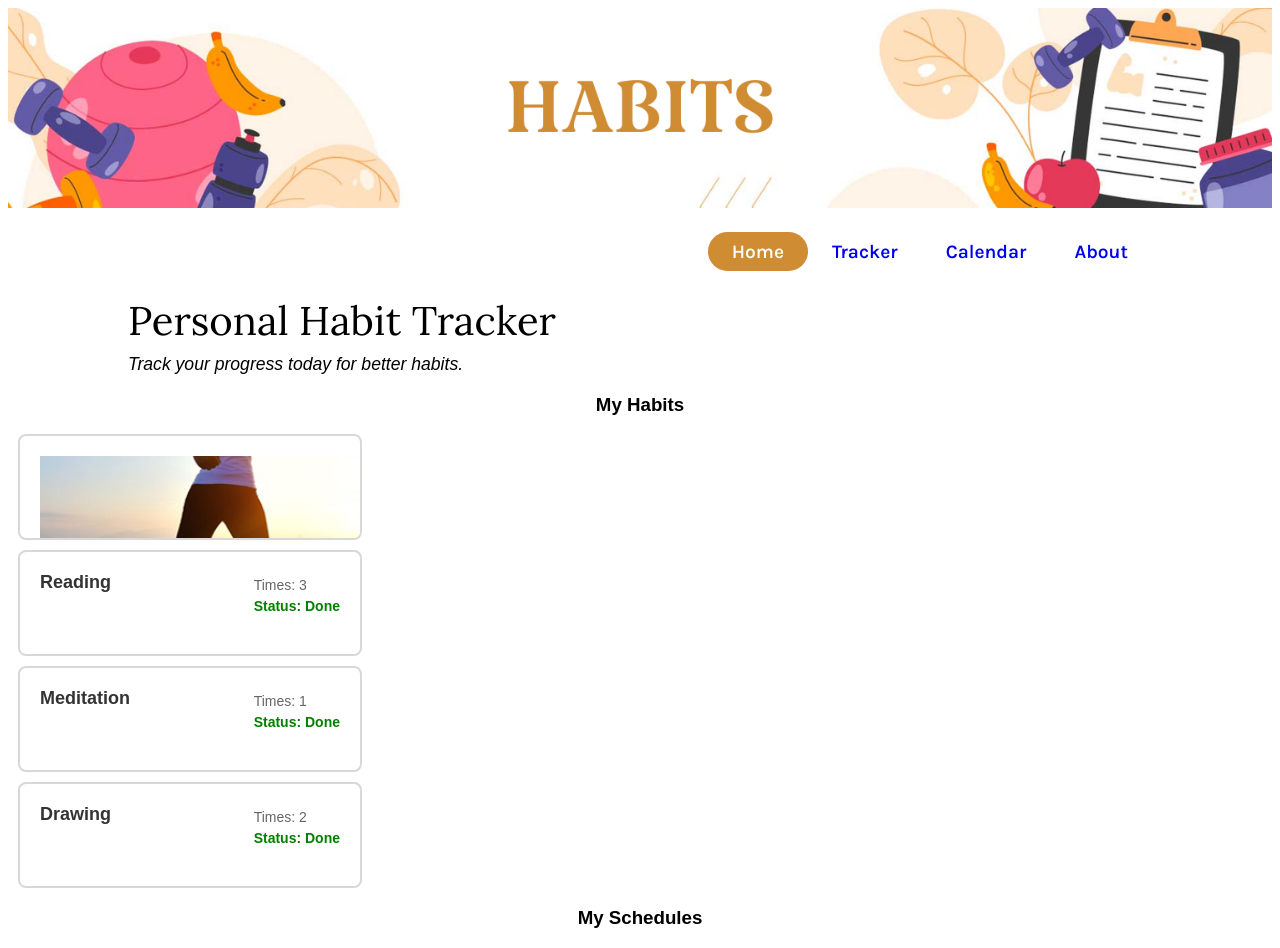
Repository: SandyLy453/habit-tracker
Page: http://localhost/
These files come from the project's save history. The page is drawn as it stood at one moment and after the next save; the edit follows.
The browser window is 1280 px wide. The pictures show the whole page.
The page is served by the project's Node server (server.js).

Above is the page before, as saved 2025-03-14 19:25:42.

### views/pages/home.ejs
<!DOCTYPE html>
<html lang="en">
<head>
    <meta charset="UTF-8">
    <meta name="viewport" content="width=device-width, initial-scale=1.0">
    <link rel="stylesheet" href="/styles.css">

    <!-- Fonts -->
    <link rel="preconnect" href="https://fonts.googleapis.com">
    <link rel="preconnect" href="https://fonts.gstatic.com" crossorigin>
    <link href="https://fonts.googleapis.com/css2?family=Karla:ital,wght@0,200..800;1,200..800&family=Roboto:ital,wght@0,100..900;1,100..900&display=swap" rel="stylesheet">

    <link rel="preconnect" href="https://fonts.googleapis.com">
    <link rel="preconnect" href="https://fonts.gstatic.com" crossorigin>
    <link href="https://fonts.googleapis.com/css2?family=Lora:ital,wght@0,400..700;1,400..700&display=swap" rel="stylesheet">
</head>
<body>
    <%- include('../partials/header', { activePage: 'home' }) %>
    <div class="heading_section">
        <h1>Personal Habit Tracker</h1>
        <p>Track your progress today for better habits.</p>
    </div>

    <section>
        <div>
            <h3>My Habits</h3>
            <div class="card">
                <img src="/images/running.png" alt="Running Image" />
                <div class="habit">
                    <h3>Running</h3>
                    <div class="details">
                        <p>Times: 5</p>
                        <p class="status in-progress">Status: In Progress</p>
                    </div>
                </div>
            </div>
            <div class="card">
                <div class="habit">
                    <h3>Reading</h3>
                    <div class="details">
                        <p>Times: 3</p>
                        <p class="status done">Status: Done</p>
                    </div>
                </div>
            </div>
            <div class="card">
                <div class="habit">
                    <h3>Meditation</h3>
                    <div class="details">
                        <p>Times: 1</p>
                    <p class="status done">Status: Done</p>
                    </div>
                </div>
            </div>
            <div class="card">
                <div class="habit">
                    <h3>Drawing</h3>
                    <div class="details">
                        <p>Times: 2</p>
                        <p class="status done">Status: Done</p>
                    </div>
                </div>
            </div>
        <div>
            <h3>My Schedules</h3>
        </div>
    </section>
</body>
</html>

### views/partials/header.ejs
<!DOCTYPE html>
<html lang="en">
<head>
    <meta charset="UTF-8">
    <meta name="viewport" content="width=device-width, initial-scale=1.0">
    <title>
        <%= typeof title != 'undefined' ? title : 'Page Title' %>
    </title>
    <link rel="stylesheet" href="/styles.css">
    <link rel="preconnect" href="https://fonts.googleapis.com">
    <link rel="preconnect" href="https://fonts.gstatic.com" crossorigin>
    <link href="https://fonts.googleapis.com/css2?family=Karla:ital,wght@0,200..800;1,200..800&family=Roboto:ital,wght@0,100..900;1,100..900&display=swap" rel="stylesheet">
</head>
<body>
    <header>
        <div class="header_container">
            <img src="<%= activePage === 'home' ? '/images/home_banner.png' : activePage === 'tracker' ? '/images/tracker_banner.png' : activePage === 'calendar' ? '/images/calendar_banner.png' : '/images/about_banner.png' %>" alt="Banner Images"/>
            <ul class="header">
                <li><a href="/" class="header_items <%= activePage === 'home' ? 'highlight' : '' %>">Home</a></li>
                <li><a href="/tracker" class="header_items <%= activePage === 'tracker' ? 'highlight' : '' %>">Tracker</a></li>
                <li><a href="/calendar" class="header_items <%= activePage === 'calendar' ? 'highlight' : '' %>">Calendar</a></li>
                <li><a href="/about" class="header_items <%= activePage === 'about' ? 'highlight' : '' %>">About</a></li>
              </ul>
        </div>
    </header>
</body>
</html>

### server.js
import pg from 'pg';
import express from 'express';
import bodyParser from 'body-parser';
import dotenv from 'dotenv';
import path from 'path';
import { fileURLToPath } from 'url';

const __filename = fileURLToPath(import.meta.url);
const __dirname = path.dirname(__filename);

dotenv.config();

// Database setup
const db = new pg.Client({
  user: process.env.DB_USER,
  host: process.env.DB_HOST,
  database: process.env.DB_DATABASE,
  password: process.env.DB_PASSWORD,
  port: process.env.DB_PORT,
});

db.connect()
  .then(() => {
    console.log('Connected to the database');
  })
  .catch(err => {
    console.error('Database connection error:', err.stack);
});

const app = express();
const port = 3000;

app.set('views', path.join(__dirname, 'views'));

// Middleware
app.use(bodyParser.urlencoded({ extended: true }));
app.use(express.static('public'));  // Serve static files from the public folder
app.set('view engine', 'ejs');

// Routes
app.get('/', (req, res) => {
  res.render('pages/home', {
    title: "Personal Habit Tracker",
    activePage: 'home',
    paragraph: "Track your progress today for better habits."
  });
});

app.get('/tracker', (req, res) => {
  res.render('pages/tracker', {
    title: "My Habits Tracker",
    activePage: 'tracker',
    paragraph: " "
  });
});

app.get('/calendar', (req, res) => {
  res.render('pages/calendar', {
    title: "My Calendar",
    activePage: 'calendar',
    paragraph: " "
  });
});

app.get('/about', (req, res) => {
  res.render('pages/about', {
    title: "About",
    activePage: 'about',
  });
});

app.listen(port, () => {
  console.log(`App listening at port ${port}`);
});

### public/styles.css
:root {
    --header-font: "Karla", sans-serif;
    --heading-font: "Lora", serif;

    --font-styles-bold: 600;
    --font-styles-regular: 400;
    --header-large: 1.2rem;
    --page-heading: 2.5rem;
    --page-details: 1.1rem;

    --highlight-color: #CF8C33;
}

body {
    font-family: Arial, sans-serif;
    text-align: center;
}

input, button {
    margin: 5px;
    padding: 8px;
}

/* Header */
.header_container img {
    margin: 0;
    padding: 0;
    display: block;
    width: 100%;
    height: 100%;
    object-fit: cover;
}

.header {
    display: flex;
    flex-direction: row;
    justify-content:flex-end;
    list-style: none;
    margin: 2rem 120px;
    font-family: var(--header-font);
    font-weight: var(--font-styles-bold);
    font-size: var(--header-large);
}

.header_items {
    text-decoration: none;
    padding: .5rem 1.5rem;
    border-radius: 20px;
}

.header_items.highlight {
    color: white;
    background-color: var(--highlight-color);
}

/* Home Page */
.heading_section {
    text-align: left;
    margin: 0 120px;
}

.heading_section h1 {
    font-family: var(--heading-font);
    font-weight: var(--font-styles-regular);
    font-size: var(--page-heading);
    margin-bottom: 0;
}

.heading_section p {
    font-size: var(--page-details);
    margin-top: .5rem;
    font-style: italic;
}

/* Home Page Cards */

.card {
    position: relative;
    background-color: white;
    border-radius: 8px;
    border: 2px solid #D8D8D8;
    padding: 20px;
    width: 300px;
    margin: 10px;
    text-align: left;
    overflow: hidden;
}

.card img {
    position: absolute;
    width: 100%;
    height: 200px;
    object-fit: cover;
    margin: 0;
    padding: 0;
}

.habit {
    display: flex;
    flex-direction: row;
    justify-content: space-between;
    margin-bottom: 15px;
}

.habit h3 {
    margin: 0;
    font-size: 18px;
    color: #333;
}

.habit p {
    margin: 5px 0;
    font-size: 14px;
    color: #666;
}

.status {
    font-weight: bold;
}

.status.in-progress {
    color: #ffa500;
}

.status.done {
    color: #008000;
}

After the next save:
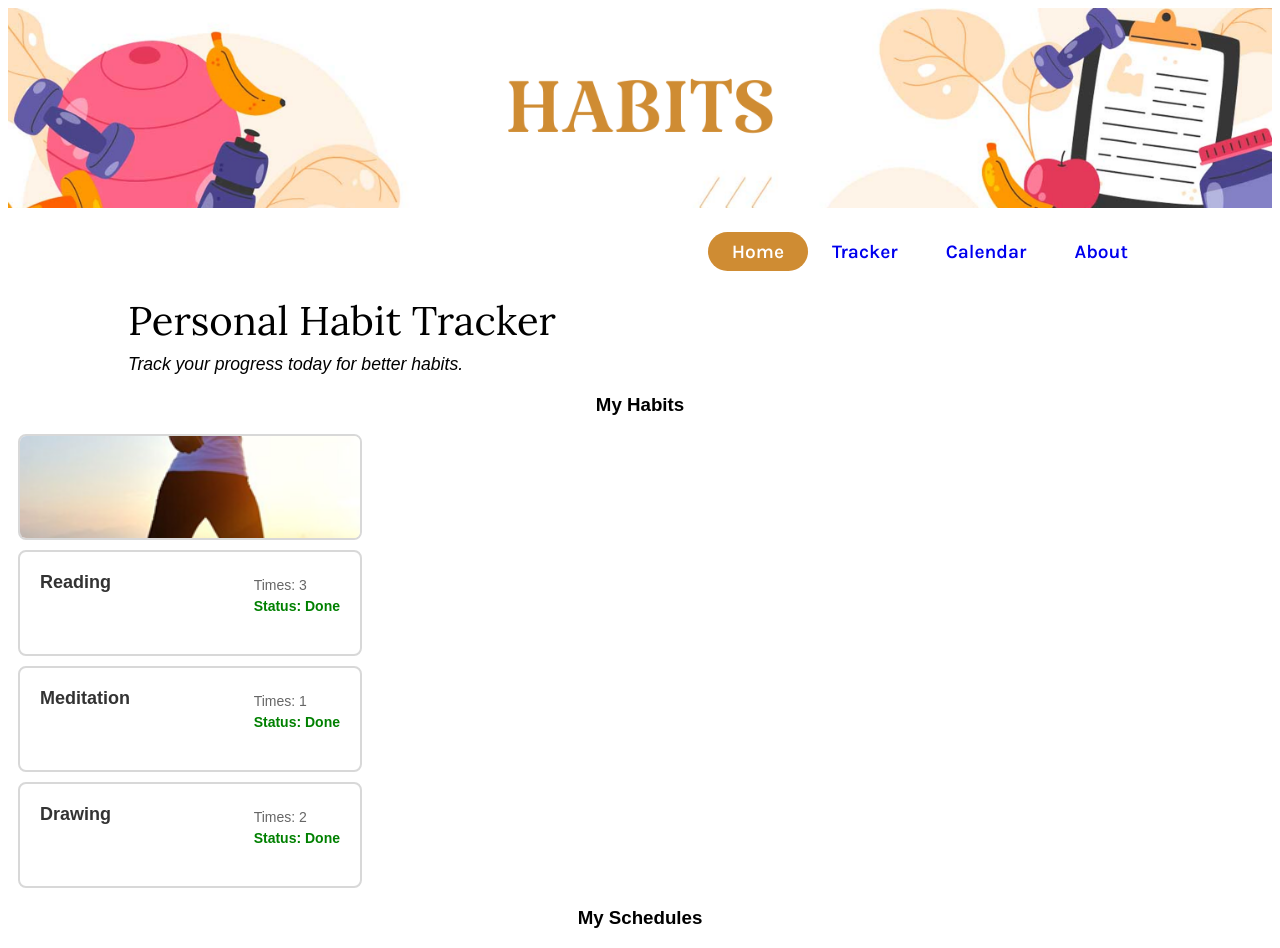
Saved 27 s later.
--- a/public/styles.css
+++ b/public/styles.css
@@ -87,12 +87,14 @@ input, button {
 }
 
 .card img {
+    width: 100%;
+    height: 250px;
+    object-fit: cover;
     position: absolute;
-    width: 100%;
-    height: 200px;
-    object-fit: cover;
-    margin: 0;
-    padding: 0;
+    overflow: hidden;
+    top: 0;
+    left: 0;
+    right: 0;
 }
 
 .habit {
